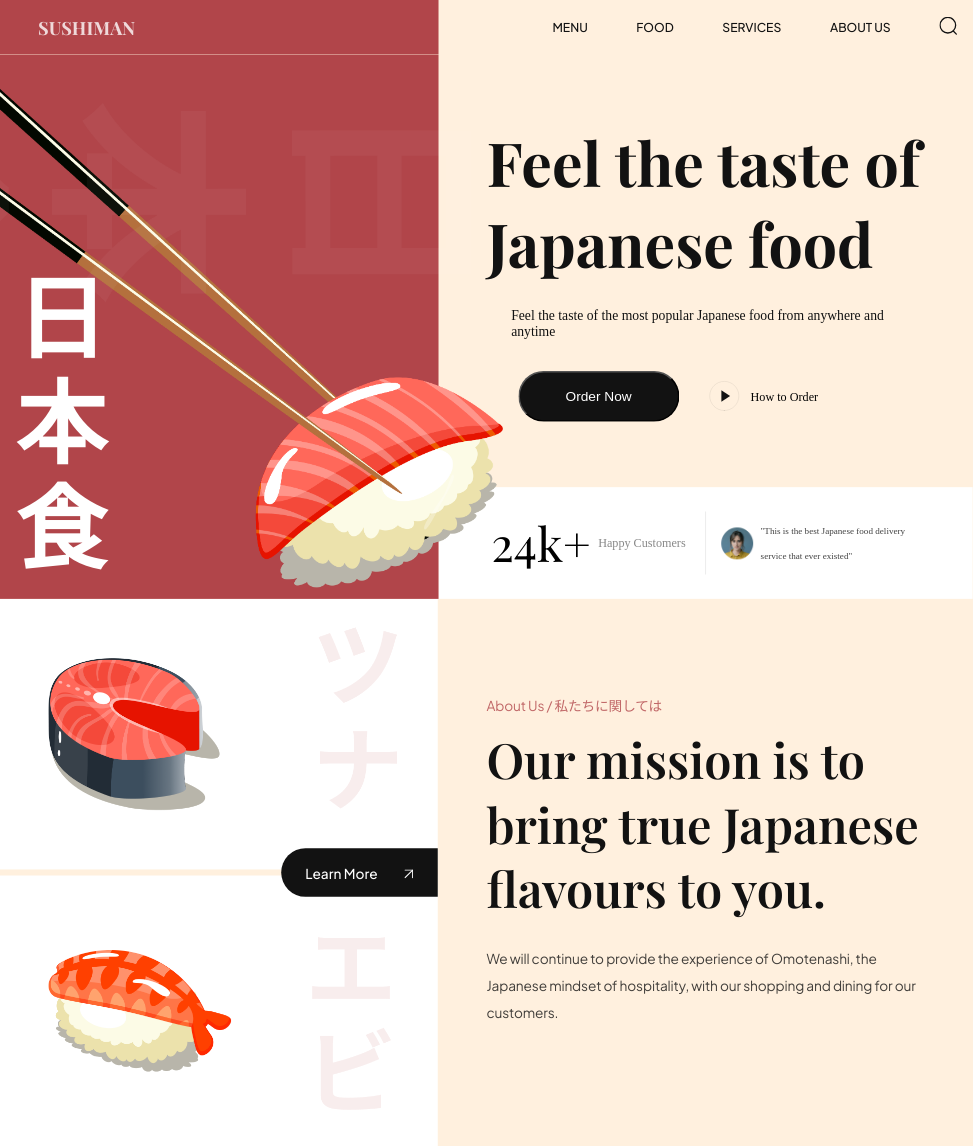
Repository: echoyol/sushiWebsite
Page: index.html
These files come from the project's save history. The page is drawn as it stood at one moment and after the next save; the edit follows.
The browser window is 1280 px wide. The pictures show the whole page, at 76% of full size.

Above is the page before, as saved 2023-06-04 19:21:48.

After the next save:
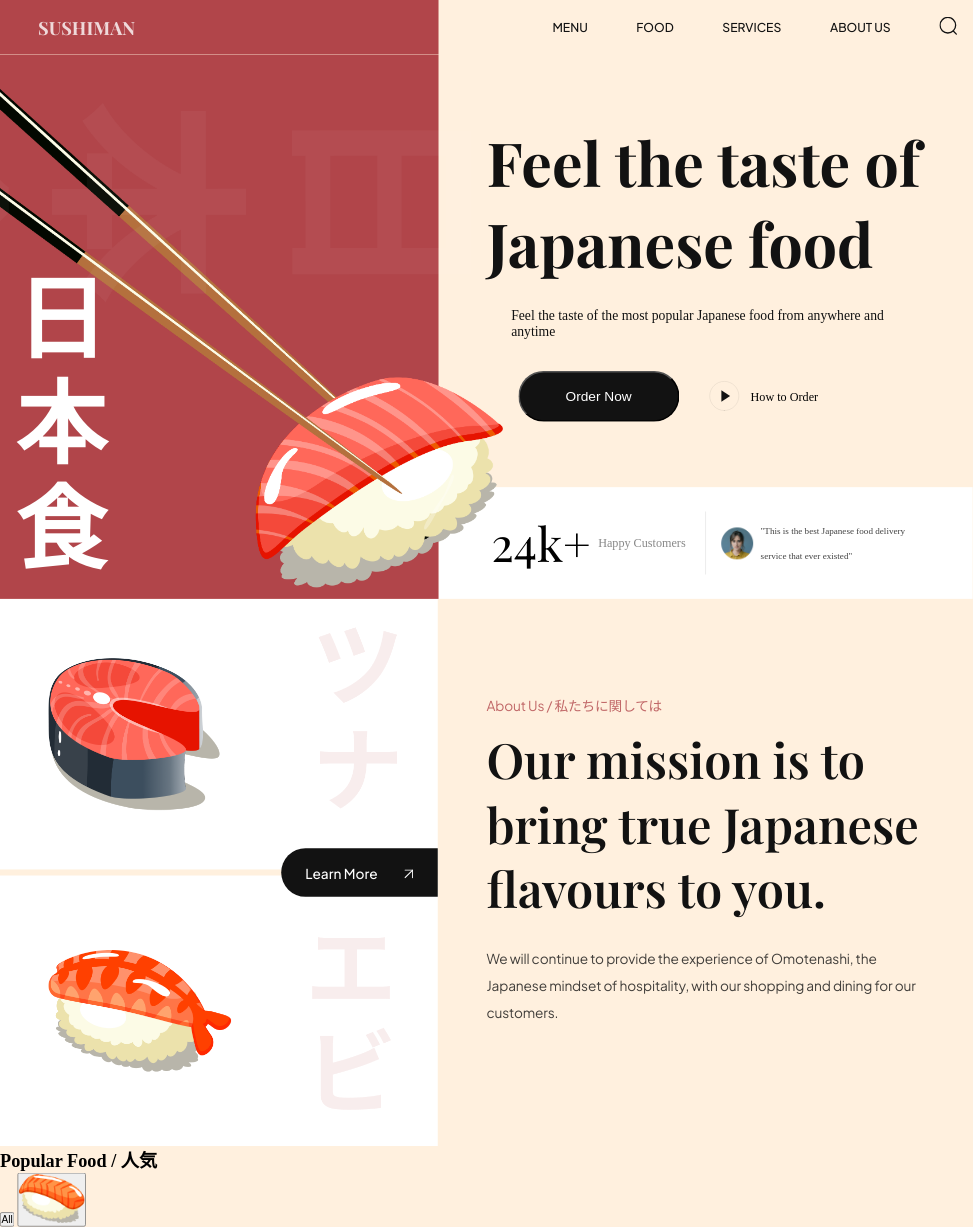
Saved 5 min 43 s later.
--- a/index.html
+++ b/index.html
@@ -154,6 +154,23 @@
         </p>
       </div>
     </section>
+
+    <section
+      class="popular-foods"
+      id="menu"
+    >
+      <h2 class="popular-foods__title">Popular Food / 人気</h2>
+
+      <div class="popular-foods__filters sushi__hide-scrollbar">
+        <button class="popular-foods__filter-btn active">All</button>
+        <button class="popular-foods__filter-btn">
+          <img
+            src="assets/sushi-9.png"
+            alt="sushi 9"
+          />
+        </button>
+      </div>
+    </section>
     <script
       src="js/script.js"
       type="module"
